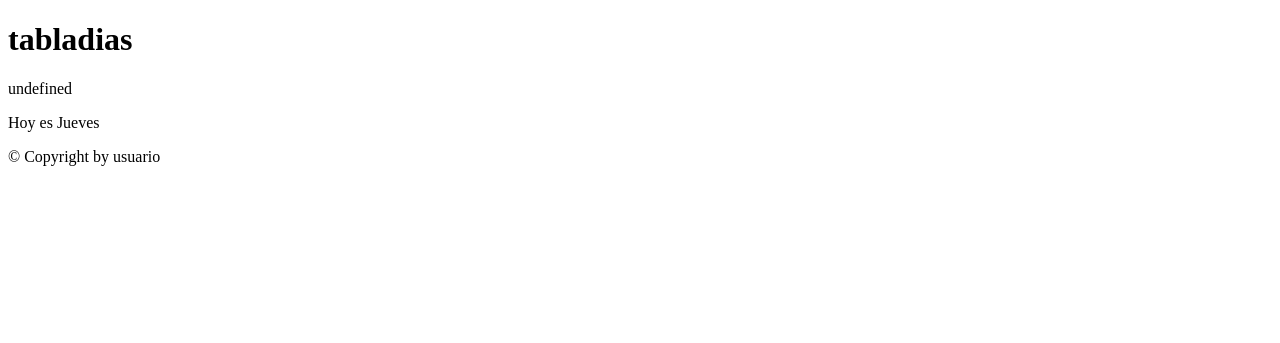
Repository: JMLobato/RolOnline
Page: Aptana Studio 3 Workspace/prueba/tabladias.html
The author's editor kept a copy of each file at every save. The page is drawn from the files as they stood at one save, then again after the next save.
The browser window is 1280 px wide. The pictures show the whole page.

Above is the page before, as saved 2016-12-05 11:55:28.

After the next save:
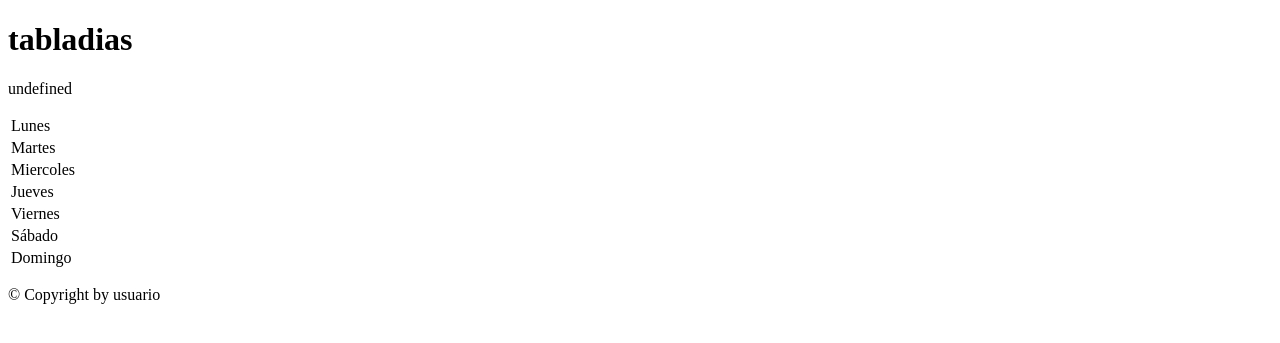
Saved 3 min 51 s later.
--- a/Aptana Studio 3 Workspace/prueba/prueba.js
+++ b/Aptana Studio 3 Workspace/prueba/prueba.js
@@ -56,6 +56,7 @@ function tabla(){
 	dias[4]="Viernes";
 	dias[5]="Sábado";
 	dias[6]="Domingo";
-	var fecha=new Date();
-	document.write("Hoy es "+dias[fecha.getDay()-1]);
+	document.write("<table>");
+	for(var i=0;i<=6;i++){document.write("<tr><td>"+dias[i]+"</td></tr>");}
+	document.write("</table>");
 }
